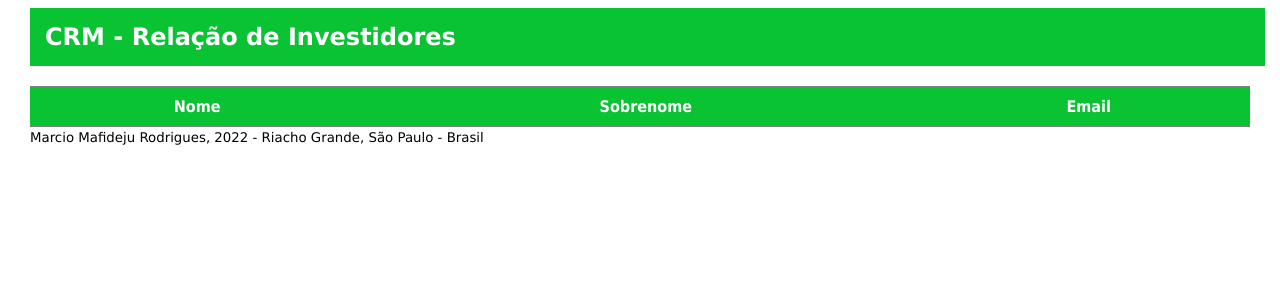
Repository: mafideju/CustomerTracker
Page: http://localhost/web-customer-tracker/WEB-INF/view/list-customers.jsp
These files come from the project's save history. The page is drawn as it stood at one moment and after the next save; the edit follows.
The browser window is 1280 px wide. The pictures show the whole page.
The page is served by Tomcat 9. Nobody is signed in. Other server files are loaded and not shown. The template is opened directly, without the code that normally fills it, so the values that code supplies are empty.

Above is the page before, as saved 2022-01-21 21:15:36.

### web-customer-tracker/WebContent/WEB-INF/view/list-customers.jsp
<%@ taglib uri="http://java.sun.com/jsp/jstl/core" prefix="c" %>

<!DOCTYPE html>
<html>
	<head>
		<title>Lista de Investidores</title>
		<link type="text/css" rel="stylesheet" href="${pageContext.request.contextPath}/resources/css/style.css">
	</head>

	<body>
		<main>

			<div id="wrapper">
				<div id="header">
					<h2>CRM - Relação de Investidores</h2>
				</div>
			</div>

			<div id="container">
				<div id="content">
					<table>
						<tr>
							<th>Nome</th>
							<th>Sobrenome</th>
							<th>Email</th>
						</tr>

						<c:forEach var="customer" items="${customers}">
							<tr>
								<td>${customer.firstName}</td>
								<td>${customer.lastName}</td>
								<td>${customer.email}</td>
							</tr>
						</c:forEach>

					</table>
				</div>
			</div>

		</main>
		<footer>
			<small>Marcio Mafideju Rodrigues, 2022 - Riacho Grande, São Paulo - Brasil</small>
		</footer>
	</body>
</html>

### web-customer-tracker/WebContent/resources/css/style.css
html, body{
	margin-left:15px; margin-right:15px;
	padding:0px;
	font-family:Verdana, Arial, Helvetica, sans-serif;
}

table {
	border-collapse:collapse;
	border-bottom:1px solid gray;
	font-family: Tahoma,Verdana,Segoe,sans-serif;
	width:100%;
}

th {
	border-bottom:1px solid gray;
	background:none repeat scroll 0 0 #09c332;
	padding:10px;
	color: #FFFFFF;
}

tr {
	border-top:1px solid gray;
	text-align:center;
}

tr:nth-child(even) {background: rgb(222, 221, 218)}
tr:nth-child(odd) {background: #BBBBBB}

#wrapper {width: 100%; margin-top: 0px; }
#header {width: 100%; background: #09c332; margin-top: 0px; padding:15px 0px 15px 15px;}
#header h2 {width: 100%; margin:auto; color: #FFFFFF;}
#container {width: 100%; margin:auto}
#container h3 {color: #000;}
#container #content {margin-top: 20px;}

.add-button {
	border: 1px solid #666;
	border-radius: 5px;
	padding: 4px;
	font-size: 12px;
	font-weight: bold;
	width: 120px;
	padding: 5px 10px;

	margin-bottom: 15px;
	background: #cccccc;
}

After the next save:
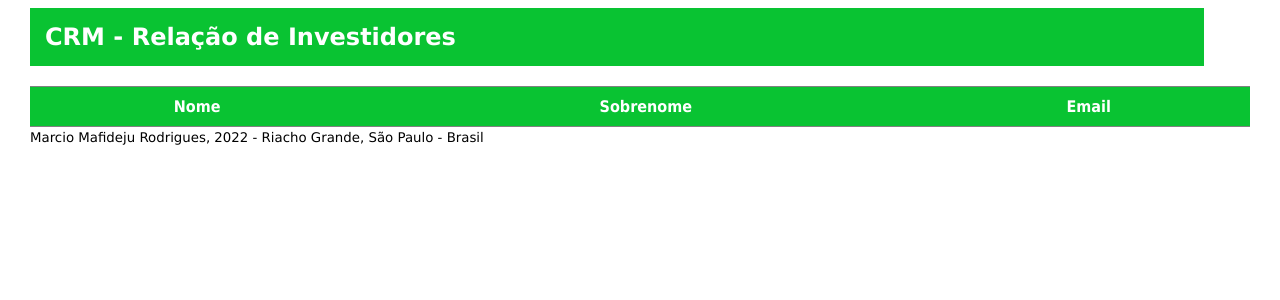
Saved 21 s later.
--- a/web-customer-tracker/WebContent/resources/css/style.css
+++ b/web-customer-tracker/WebContent/resources/css/style.css
@@ -27,7 +27,7 @@ tr:nth-child(even) {background: rgb(222, 221, 218)}
 tr:nth-child(odd) {background: #BBBBBB}
 
 #wrapper {width: 100%; margin-top: 0px; }
-#header {width: 100%; background: #09c332; margin-top: 0px; padding:15px 0px 15px 15px;}
+#header {width: 95%; background: #09c332; margin-top: 0px; padding:15px 0px 15px 15px;}
 #header h2 {width: 100%; margin:auto; color: #FFFFFF;}
 #container {width: 100%; margin:auto}
 #container h3 {color: #000;}
